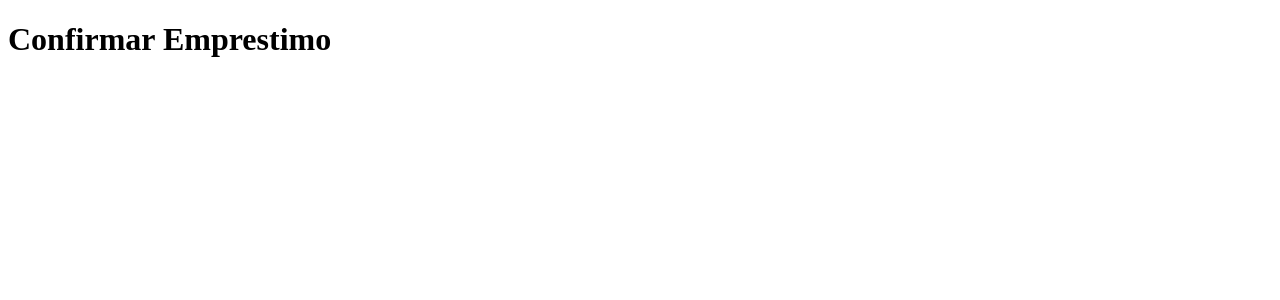
Repository: melloeduarda/html
Page: confirmar.html
An editor plug-in stored every save of this project. The page is shown before and after a run of saves, followed by the edit.
The browser window is 1280 px wide. The pictures show the whole page.

Above is the page before, as saved 2026-10-28 16:15:55.

After the next 3 saves:
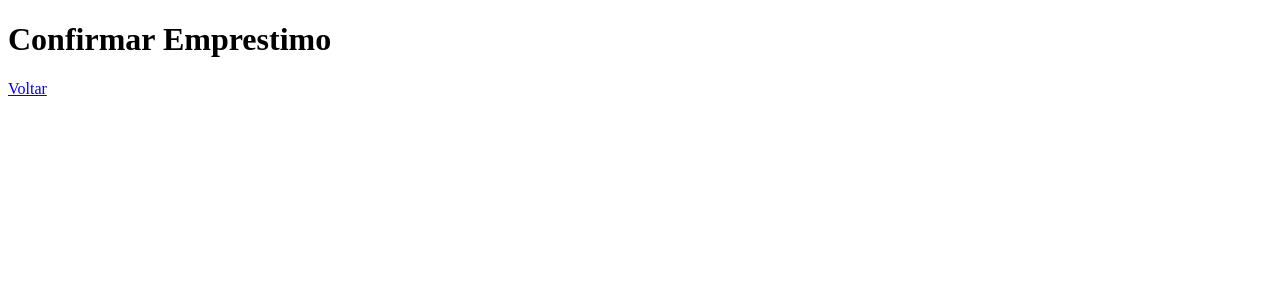
The 3 saves are shown as one change because they came seconds apart.
The last was saved 10 s later.
--- a/confirmar.html
+++ b/confirmar.html
@@ -8,7 +8,7 @@
 <body>
     <header>
         <h1>Confirmar Emprestimo</h1>
-        <a class="botao" href="buscar.html"
+        <a class="botao" href="buscar.html">Voltar</a>
     <header>
 </body>
 </html>
